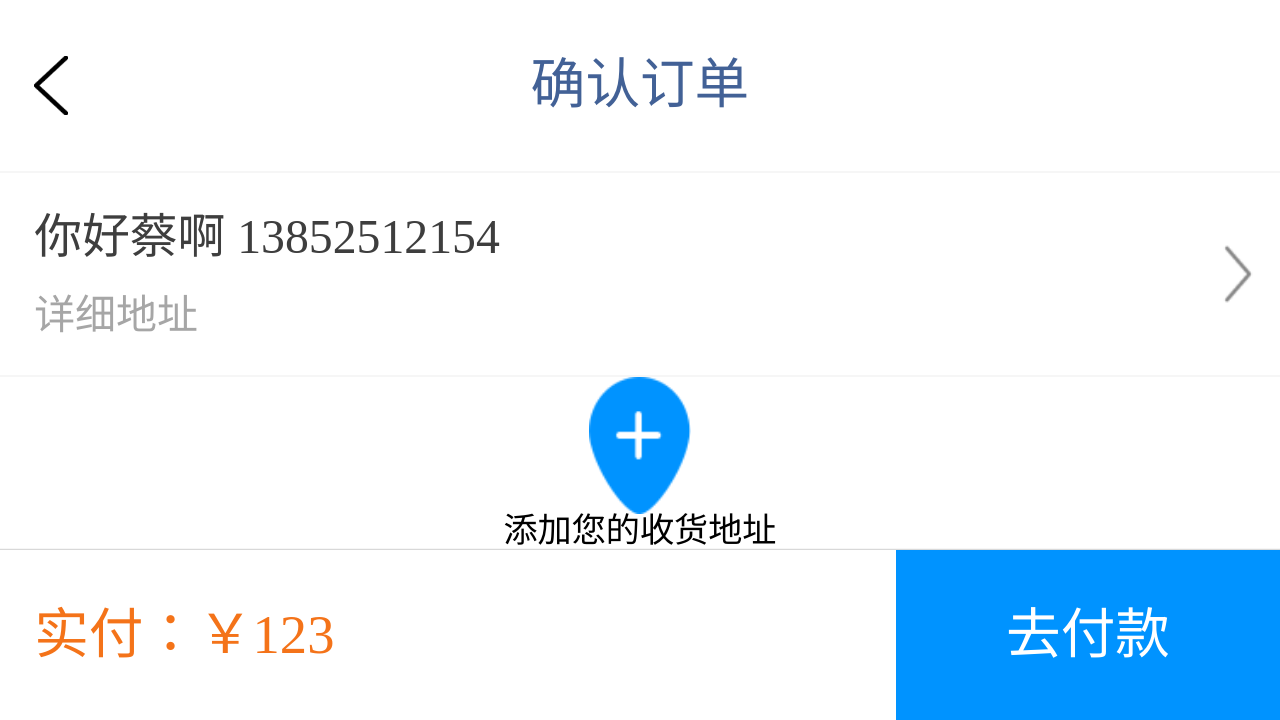
Repository: 421538074/sell
Page: consumer/confirm-order.html
The author's editor kept a copy of each file at every save. The page is drawn from the files as they stood at one save, then again after the next save.
The browser window is 1280 px wide. The pictures show the whole page.
An inner scrolling area shows only its first screen.

Above is the page before, as saved 2019-06-03 15:48:07.

### consumer/confirm-order.html
<!DOCTYPE html>
<html lang="en">

<head>
    <meta charset="UTF-8">
    <meta name="viewport" content="width=device-width, initial-scale=1.0">
    <meta http-equiv="X-UA-Compatible" content="ie=edge">
    <title>确认订单</title>
    <link rel="stylesheet" href="../css/base.css">
    <link rel="stylesheet" href="css/common.css">
    <link rel="stylesheet" href="css/confirm-order.css">
</head>

<body>
    <div id="app" class="content">
        <nav class="nav-bar-wrapper">
            <img @click="back" src="../img/back.png" class="back-icon">
            <p class="nav-bar-title">确认订单</p>
        </nav>
        <div class="order-user-info">
            <p class="user-contact">
                你好蔡啊 13852512154
            </p>
            <p class="address-detail">
                详细地址
            </p>
        </div>
        <div class="no-address-wrapper">
            <img src="../img/address.png" class="address-icon">
            <p class="add-address-title">添加您的收货地址</p>
        </div>
        <ul class="order-goods-list-wrapper">
            <li v-for="n in 13" class="order-item">
                <img src="../img/1.jpg" class="goods-icon">
                <div class="goods-detail">
                    <p class="goods-title ellipsis">名称名称名称名称名称名称名称名称名称名称名称名称名称名称名称名称</p>
                    <p class="goods-category">规格：二级</p>
                    <p class="goods-price-num">
                        <span class="price">￥123</span>
                        <span class="post">包邮</span>
                        <span class="num">× 1</span>
                    </p>
                </div>
            </li>
        </ul>
        <div class="post-comments-refund">
            <p class="post">快递：免邮</p>
            <textarea class="comments" placeholder="留言（选填）："></textarea>
            <p class="refund">
                退款方式：微信退款（15天内可退货退款）
            </p>
        </div>
        <div class="go-pay-operation">
                <p class="show-pay-money">
                    实付：￥123
                </p>
                <a href="javascript:;" class="go-pay-btn">去付款</a>
            </div>
    </div>
    <script src="../js/api.js"></script>
    <script src="../js/jquery.min.js"></script>
    <script src="../js/vue.js"></script>
    <script src="js/vue-mixin.js"></script>
    <script src="js/confirm-order.js"></script>
</body>

</html>

### css/base.css
/* http://meyerweb.com/eric/tools/css/reset/
   v2.0 | 20110126
   License: none (public domain)
*/

html,
body,
div,
span,
applet,
object,
iframe,
h1,
h2,
h3,
h4,
h5,
h6,
p,
blockquote,
pre,
a,
abbr,
acronym,
address,
big,
cite,
code,
del,
dfn,
em,
img,
ins,
kbd,
q,
s,
samp,
small,
strike,
strong,
sub,
sup,
tt,
var,
b,
u,
i,
center,
dl,
dt,
dd,
ol,
ul,
li,
fieldset,
form,
label,
legend,
table,
caption,
tbody,
tfoot,
thead,
tr,
th,
td,
article,
aside,
canvas,
details,
embed,
figure,
figcaption,
footer,
header,
hgroup,
menu,
nav,
output,
ruby,
section,
summary,
time,
mark,
audio,
video {
    margin: 0;
    padding: 0;
    border: 0;
    font-size: 100%;
    font: inherit;
    vertical-align: baseline;
}

/* HTML5 display-role reset for older browsers */
article,
aside,
details,
figcaption,
figure,
footer,
header,
hgroup,
menu,
nav,
section {
    display: block;
}

body {
    line-height: 1;
}

ol,
ul {
    list-style: none;
}

blockquote,
q {
    quotes: none;
}

blockquote:before,
blockquote:after,
q:before,
q:after {
    content: '';
    content: none;
}

table {
    border-collapse: collapse;
    border-spacing: 0;
}


body,
html {
    font-size: calc(100vw / 37.5) !important;
    font-family: PingFangSC-Medium;
    background: #F2F2F2;
}


[v-cloak] {
    display: none;
}


hr {
    margin: 0;
    padding: 0;
}

.clearfix {
    zoom: 1;
}

.clearfix:after {
    content: ".";
    display: block;
    visibility: hidden;
    height: 0;
    clear: both;
}

[v-cloak] {
    display: none;
}

### consumer/css/common.css
*{
    box-sizing: border-box;
}
html,body{
    background: #f6f6f6;
}
html,body,div.content{
    height: 100%;
}
/*底部菜单栏*/
nav.tool-bar-wrapper {
    height: 5rem;
    background: #ffffff;
    display: flex;
    align-items: center;
    justify-content: space-around;
}
a.nav-item {
    color: #888888;
    text-decoration: none;
    font-size: 1.5rem;
    display: flex;
    flex-direction: column;
    align-items: center;
    justify-content: space-around;
    height: 90%;
}
a.nav-item.active{
    color: #0093FF;
}
img.nav-item-icon{
    width: 1.5rem;
    height: 1.5rem;
}
.ellipsis{
    overflow: hidden;
    white-space: nowrap;
    text-overflow: ellipsis;
}
/*顶部返回栏 */
nav.nav-bar-wrapper {
    background: #FFFFFF;
    height: 5rem;
    display: flex;
    align-items: center;
    justify-content: space-around;
    position: fixed;
    width: 100%;
    top: 0;
    z-index: 2;
    font-size: 1.6rem;
    color: #426196;
}
img.back-icon {
    position: absolute;
    width: 1rem;
    left: 1rem;
}

### consumer/css/confirm-order.css
div.content{
    padding:5rem 0;
    overflow: scroll;
}
.order-user-info {
    height: 6rem;
    background: #FFFFFF;
    border-top: 2px solid #f6f6f6;
    padding: 1rem;
    display: flex;
    justify-content: center;
    flex-direction: column;
    background-image: url(../../img/arrow-right.png);
    background-repeat: no-repeat;
    background-position: 98% center;
    background-size: 1rem;
}
p.user-contact {
    color: #3E3E3E;
    font-size: 1.4rem;
}
p.user-contact,p.address-detail {
    margin: 0.5rem 0;
}
p.address-detail {
    color: #A6A6A6;
    font-size: 1.2rem;
}
ul.order-goods-list-wrapper {
    margin-top: 0.1rem;
    background: #FFFFFF;
}
img.goods-icon {
    width: 8rem;
    height: 8rem;
    border-radius: 0.2rem;
}
li.order-item {
    height: 10rem;
    display: flex;
    align-items: center;
    padding: 1rem;
    border-bottom: 1px solid #f6f6f6;
}
.goods-detail {
    height: 100%;
    flex: 1;
    width: calc(100% - 8rem);
    padding-left: 1rem;
    position: relative;
}
p.goods-title {
    color: #000000;
    font-size: 1.4rem;
    margin-bottom: 1rem;
}
p.goods-category {
    color: #A6A6A6;
    font-size: 1.2rem;
    margin-bottom: 1rem;
}
p.goods-price-num {
    position: absolute;
    bottom: 0;
    left: 1rem;
    width: calc(100% - 1rem);
}
span.price {
    color: #5A6F93;
    font-size: 1.6rem;
}
span.post {
    color: #A6A6A6;
    font-size: 1.2rem;
    margin-left: 1rem;
}
span.num {
    position: absolute;
    color: #A6A6A6;
    font-size: 1.2rem;
    bottom: 0;
    right: 0;
}
.go-pay-operation {
    border-top: 1px solid #D8D8D8;
    position: fixed;
    bottom: 0;
    width: 100%;
    height: 5rem;
    display: flex;
    align-items: center;
    justify-content: space-between;
    background: #ffffff;
    font-size: 1.6rem;
}
p.show-pay-money {
    color: #F47319;
}
p.show-pay-money {
    color: #F47319;
    padding-left: 1rem;
    flex: 1;
    height: 100%;
    line-height: 5rem;
}
a.go-pay-btn {
    text-decoration: none;
    height: 100%;
    line-height: 5rem;
    width: 30%;
    text-align: center;
    background: #0093FF;
    color: #FFFFFF;
}
.post-comments-refund {
    background: #FFFFFF;
}
p.post {
    color: #3E3E3E;
    font-size: 1.4rem;
    padding: 1rem;
    border-bottom: 1px solid #f6f6f6;
}
textarea.comments {
    width: 100%;
    height: 8rem;
    border: none;
    resize: none;
    padding: 1rem;
    font-size: 1.4rem;
    color: #3E3E3E;
}
textarea.comments::-webkit-input-placeholder {
    color: #A6A6A6;
}
p.refund {
    color: #3E3E3E;
    padding: 1rem;
    font-size: 1.4rem;
    border-top: 1px solid #f6f6f6;
}
.no-address-wrapper {
    background: #FFFFFF;
    border-top: 2px solid #f6f6f6;
    display: flex;
    align-items: center;
    justify-content: center;
    flex-direction: column;
}
img.address-icon {
    width: 3rem;
    height: auto;
}

### js/api.js
function getUrlKey(name) {
    return decodeURIComponent((new RegExp('[?|&]' + name + '=' + '([^&;]+?)(&|#|;|$)').exec(location.href) || [, ""])[1].replace(/\+/g, '%20')) || null;
}


// window.warn = {
//     alert: function alert(msg) {
//         var template = `
// `
//         $('body').append(template);
//         $('.alert-body').animate({
//             top: "40px"
//         }, 200);
//         // setTimeout(function () {
//         //     warn.close();
//         // }, 1500);
//     },
//     close: function close() {
//         $('.alert-body').animate({
//             top: "-280px"
//         }, 200);
//         setTimeout(function () {
//             $('#alert-msg').remove();
//         }, 200);
//     }
// };

### consumer/js/vue-mixin.js
Vue.mixin({
    methods: {
        /**
         * 返回
         */
        back() {
            history.go(-1);
        },
        /**
         * 限制长度
         * @param {String} 要限制长度的字段
         * @param {Number} 长度
         */
        limitLength(key, length) {
            this[key] = this[key].substring(0, length);
        },
        /**
         * 验证11位手机号
         * @param {Number} phone
         */
        validatePhone(phone) {
            const phoneReg = /^[1-9][0-9]{9}[0-9]$/;
            return phoneReg.test(phone);
        },
        /**
         * 发送手机验证码
         * @param {Number} waitTimeKey 等待时间键名
         * @param {String} tipsKey 发送验证码显示的信息的键名
         * @param {String} phoneKey 手机号键名
         * @param {String} reSendMsg  按钮默认显示的文字
         */
        sendCode(waitTimeKey, tipsKey, phoneKey, defaultMsg) {
            if (!this.validatePhone(this[phoneKey])) {
                alert('无效手机号!');
                return;
            }
            if (this[waitTimeKey] == 60) {
                $.post('', {
                        phone: this[phoneKey]
                    }, (res) => {
                        if (res.status == 1) {
                            const interval = setInterval(() => {
                                if (this[waitTimeKey] == 1) {
                                    this[waitTimeKey] = 60;
                                    this[tipsKey] = defaultMsg;
                                    clearInterval(interval);
                                    return;
                                }
                                this[waitTimeKey] -= 1;
                                this[tipsKey] = `${this[waitTimeKey]}s`;
                            }, 1000);
                        } else {
                            alert('发送失败!');
                        }
                    }, 'json')
                    .fail(err => {
                        alert('服务器异常!');
                    });
            }
        },
        /**
         * 链接跳转
         * @param {String} url
         */
        linkTo(url) {
            window.location.href = url;
        }
    },
    filters: {

    }
})

### consumer/js/confirm-order.js
new Vue({
    el:'#app'
});

Loaded but not shown: js/jquery.min.js (library); js/vue.js (library)

After the next save:
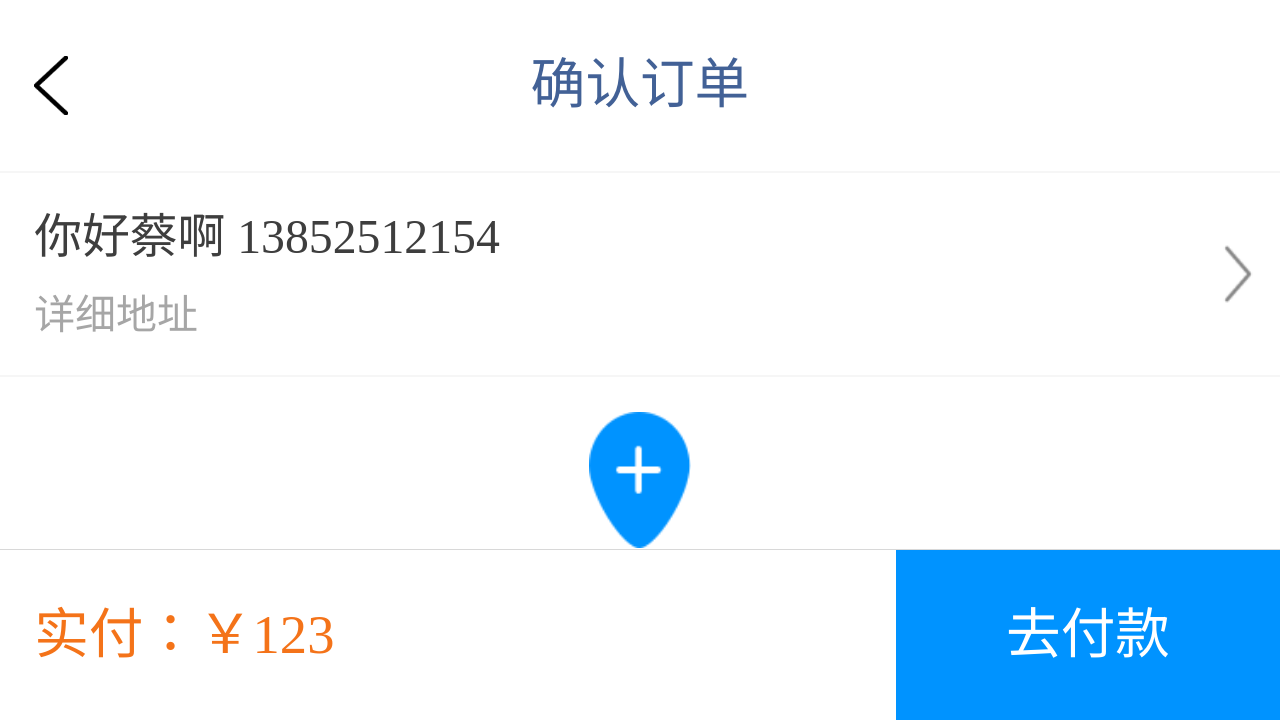
Saved 41 s later.
--- a/consumer/css/confirm-order.css
+++ b/consumer/css/confirm-order.css
@@ -150,4 +150,10 @@ p.refund {
 img.address-icon {
     width: 3rem;
     height: auto;
+    margin-top: 1rem;
 }
+p.add-address-title {
+    color: #0093FF;
+    font-size: 1.4rem;
+    margin: 1rem;
+}
